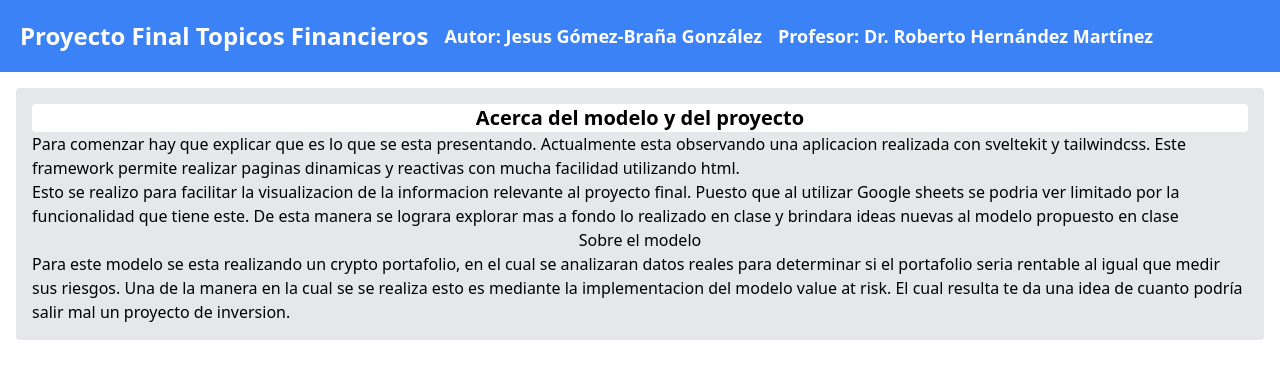
Repository: SistemaACT/Portafolio
Page: /
The author's editor kept a copy of each file at every save. The page is drawn from the files as they stood at one save, then again after the next save.
The browser window is 1280 px wide. The pictures show the whole page.
The project was rebuilt for these pictures with package versions that can differ from the ones it lists, and the page was loaded fresh each time. The framework's server and built-in components were replaced by stand-ins that run in the browser. Also part of the build but not shown: svelte.config.js, vite.config.ts.

Above is the page before, as saved 2024-07-07 00:29:28.

### src/routes/+page.svelte
<div class="w-full bg-blue-500 text-white p-5 text-2xl font-bold flex items-center  space-x-4 ">
    <h1>
        Proyecto Final Topicos Financieros
    </h1>
    <p class="text-lg">Autor: Jesus Gómez-Braña González</p>
    <p class="text-lg">Profesor: Dr. Roberto Hernández Martínez</p>

</div>

<div class="bg-gray-200 rounded p-4 flex flex-col items-center m-4">
    <h2 class="w-full bg-white rounded text-xl font-bold text-center">Acerca del modelo y del proyecto</h2>
    <p>
        Para comenzar hay que explicar que es lo que se esta presentando. Actualmente
        esta observando una aplicacion realizada con sveltekit y tailwindcss. Este framework permite
        realizar paginas dinamicas y reactivas con mucha facilidad utilizando html.
    </p>
    <p>
        Esto se realizo para facilitar la visualizacion de la informacion relevante al proyecto final.
        Puesto que al utilizar Google sheets se podria ver limitado por la funcionalidad que tiene este.
        De esta manera se lograra explorar mas a fondo lo realizado en clase y brindara ideas nuevas al modelo
        propuesto en clase
    </p>
    <h3>Sobre el modelo</h3>
    <p>
        Para este modelo se esta realizando un crypto portafolio, en el cual se analizaran datos reales para
        determinar si el portafolio seria rentable al igual que medir sus riesgos. Una de la manera en la cual se
        se realiza esto es mediante la implementacion del modelo value at risk. El cual resulta te da una idea de cuanto podría salir mal un proyecto de inversion.
    </p>
</div>

Loaded but not shown: src/app.html (common file); src/routes/+layout.svelte (common file); src/app.css (common file); tailwind.config.js (common file)

After the next save:
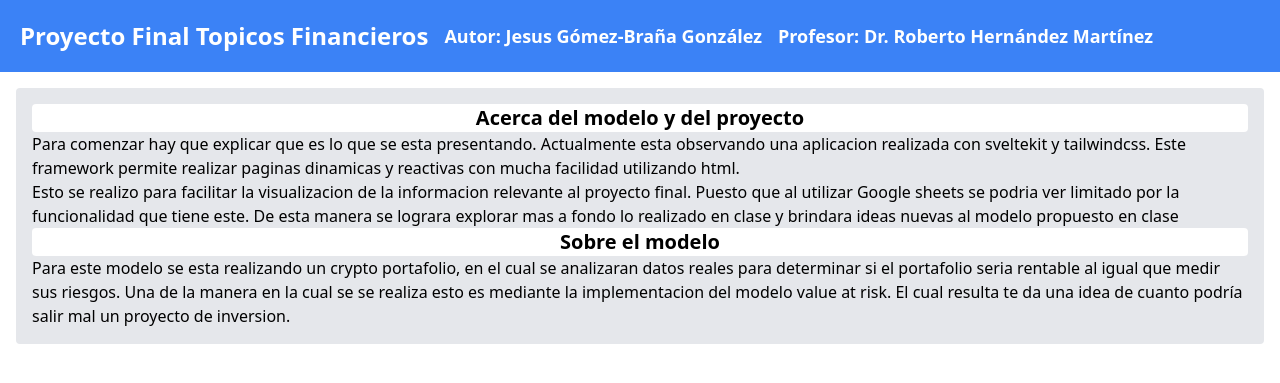
Saved 15 s later.
--- a/src/routes/+page.svelte
+++ b/src/routes/+page.svelte
@@ -20,7 +20,7 @@
         De esta manera se lograra explorar mas a fondo lo realizado en clase y brindara ideas nuevas al modelo
         propuesto en clase
     </p>
-    <h3>Sobre el modelo</h3>
+    <h3 class="w-full bg-white rounded text-xl font-bold text-center">Sobre el modelo</h3>
     <p>
         Para este modelo se esta realizando un crypto portafolio, en el cual se analizaran datos reales para
         determinar si el portafolio seria rentable al igual que medir sus riesgos. Una de la manera en la cual se
